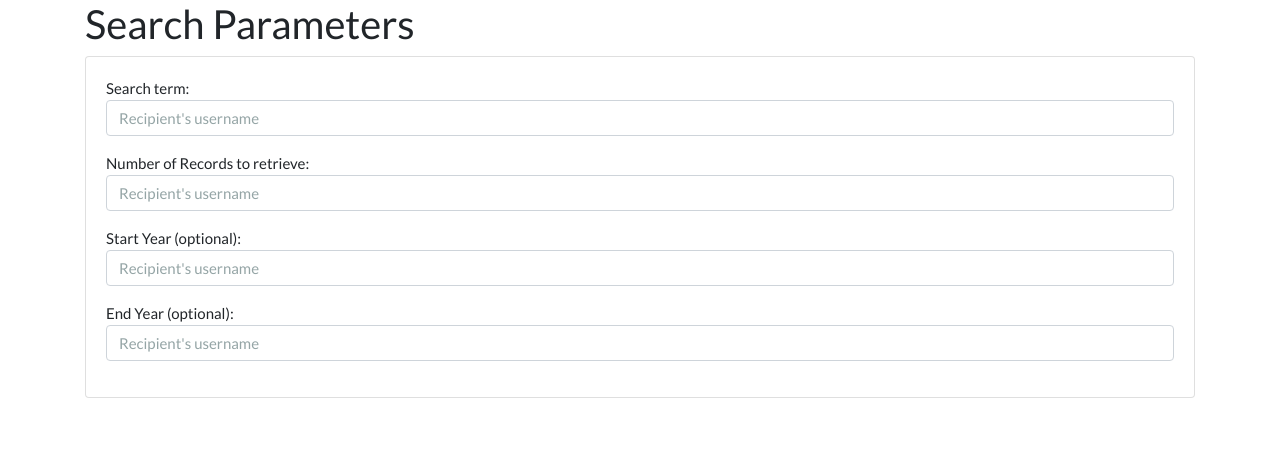
Repository: broganneagle/NYTSearch
Page: index.html
The author's editor kept a copy of each file at every save. The page is drawn from the files as they stood at one save, then again after the next save.
The browser window is 1280 px wide. The pictures show the whole page.
Some web libraries are served in a nearby version.

Above is the page before, as saved 2020-06-26 13:47:21.

### index.html
<!DOCTYPE html>
<html lang="en">

<head>
    <meta charset="UTF-8">
    <meta name="viewport" content="width=device-width, initial-scale=1.0">
    <title>NYT Search</title>
    <link rel="stylesheet" href="https://stackpath.bootstrapcdn.com/bootstrap/4.3.1/css/bootstrap.min.css" />
    <link href="https://stackpath.bootstrapcdn.com/bootswatch/4.5.0/flatly/bootstrap.min.css" rel="stylesheet"
        integrity="sha384-mhpbKVUOPCSocLzx2ElRISIORFRwr1ZbO9bAlowgM5kO7hnpRBe+brVj8NNPUiFs" crossorigin="anonymous">
</head>

<body>
    <div class=container>
        <p class="h2">Search Parameters</p>
        <div class="card">
            <div class="card-body">
                Search term:
                <div class="input-group mb-3">
                    <input type="text" class="form-control" placeholder="Recipient's username"
                        aria-label="Recipient's username" aria-describedby="button-addon2">
                </div>

                    Number of Records to retrieve:
                    <div class="input-group mb-3">

                        <input type="text" class="form-control" placeholder="Recipient's username"
                            aria-label="Recipient's username" aria-describedby="button-addon2">
                    </div>

                    Start Year (optional):
                    <div class="input-group mb-3">
                        <input type="text" class="form-control" placeholder="Recipient's username"
                            aria-label="Recipient's username" aria-describedby="button-addon2">
                    </div>

                    End Year (optional):
                    <div class="input-group mb-3">
                        <input type="text" class="form-control" placeholder="Recipient's username"
                            aria-label="Recipient's username" aria-describedby="button-addon2">


                    </div>
                </div>

</body>

</html>

After the next save:
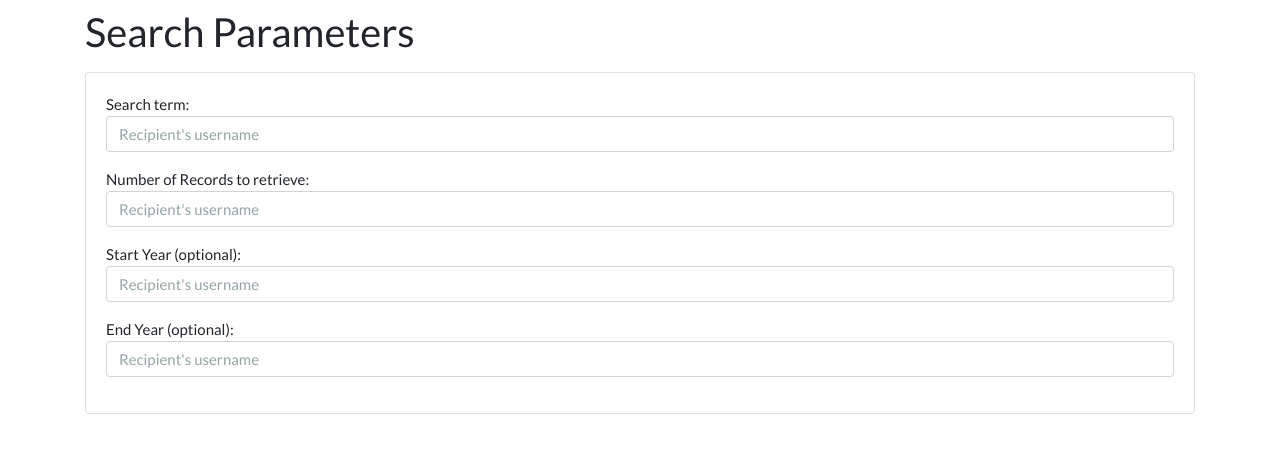
Saved 34 s later.
--- a/index.html
+++ b/index.html
@@ -12,7 +12,7 @@
 
 <body>
     <div class=container>
-        <p class="h2">Search Parameters</p>
+        <p class="h2"><h2>Search Parameters</h2></p>
         <div class="card">
             <div class="card-body">
                 Search term:
